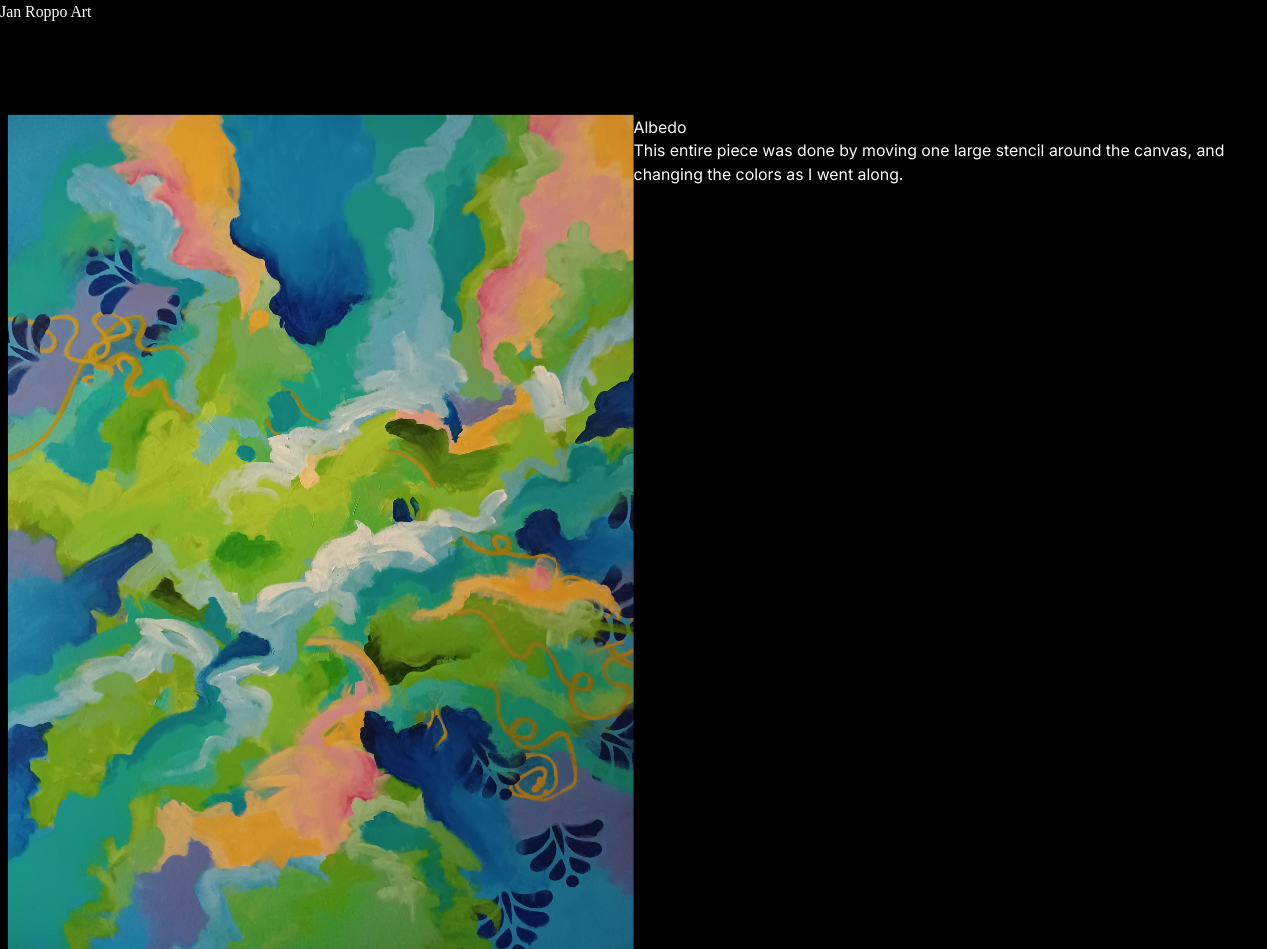
Repository: YanceMcFinn/JRArt
Page: /works/albedo
These files come from the project's save history. The page is drawn as it stood at one moment and after the next save; the edit follows.
The browser window is 1280 px wide. The pictures show the whole page, at 99% of full size.
The project was rebuilt for these pictures with package versions that can differ from the ones it lists, and the page was loaded fresh each time. The framework's server and built-in components were replaced by stand-ins that run in the browser. Also part of the build but not shown: next.config.js.

Above is the page before, as saved 2023-10-08 16:03:12.

After the next save:
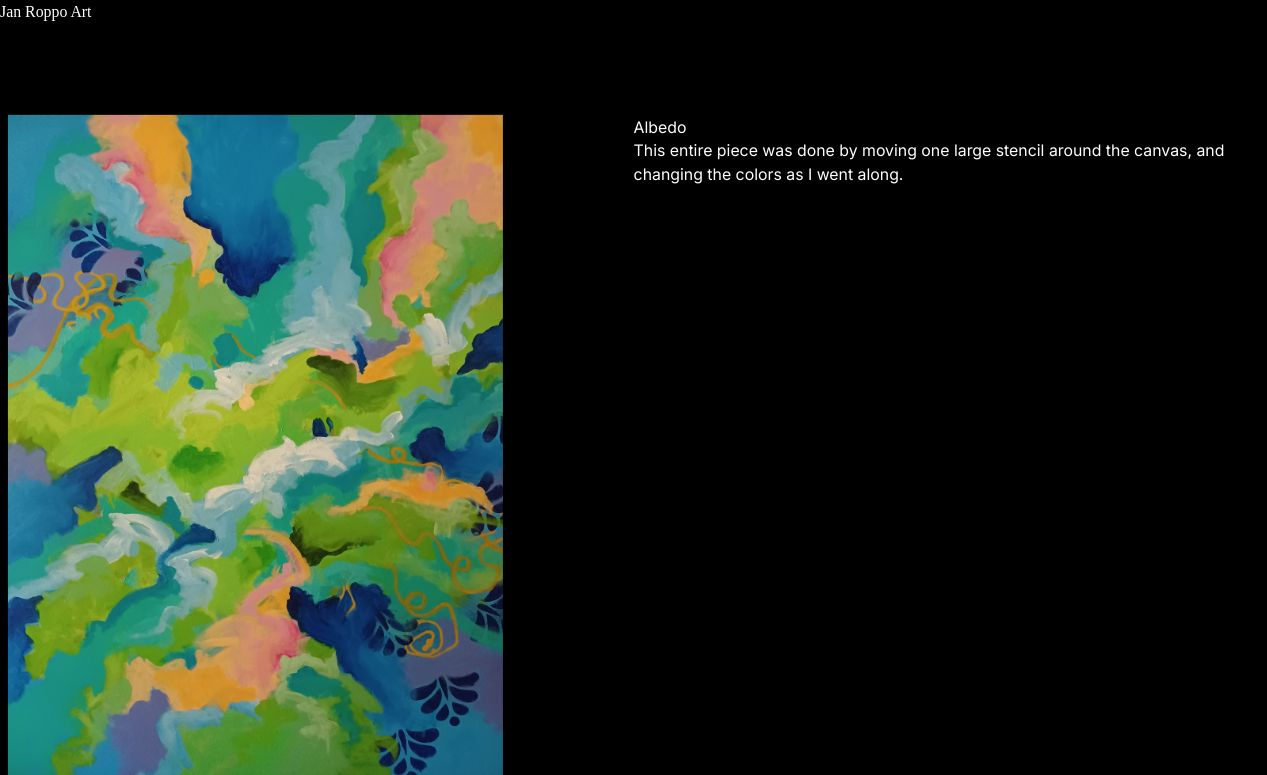
Saved 5 min 25 s later.
--- a/app/works/[title]/page.js
+++ b/app/works/[title]/page.js
@@ -18,7 +18,10 @@ export default function Work({params}){
   return(
     <div className="flex flex-row px-2 mt-5">
       <div className="basis-1/2 align-items-center">
-        <img src={`../../../public/${piece.title.replaceAll(" ", "_")}.jpg`}
+        <Image src={`/${piece.title.replaceAll(" ", "_")}.jpg`}
+
+          width={500}
+          height={500}
           alt={piece.title} />
       </div>
       <div className="basis-1/2">
